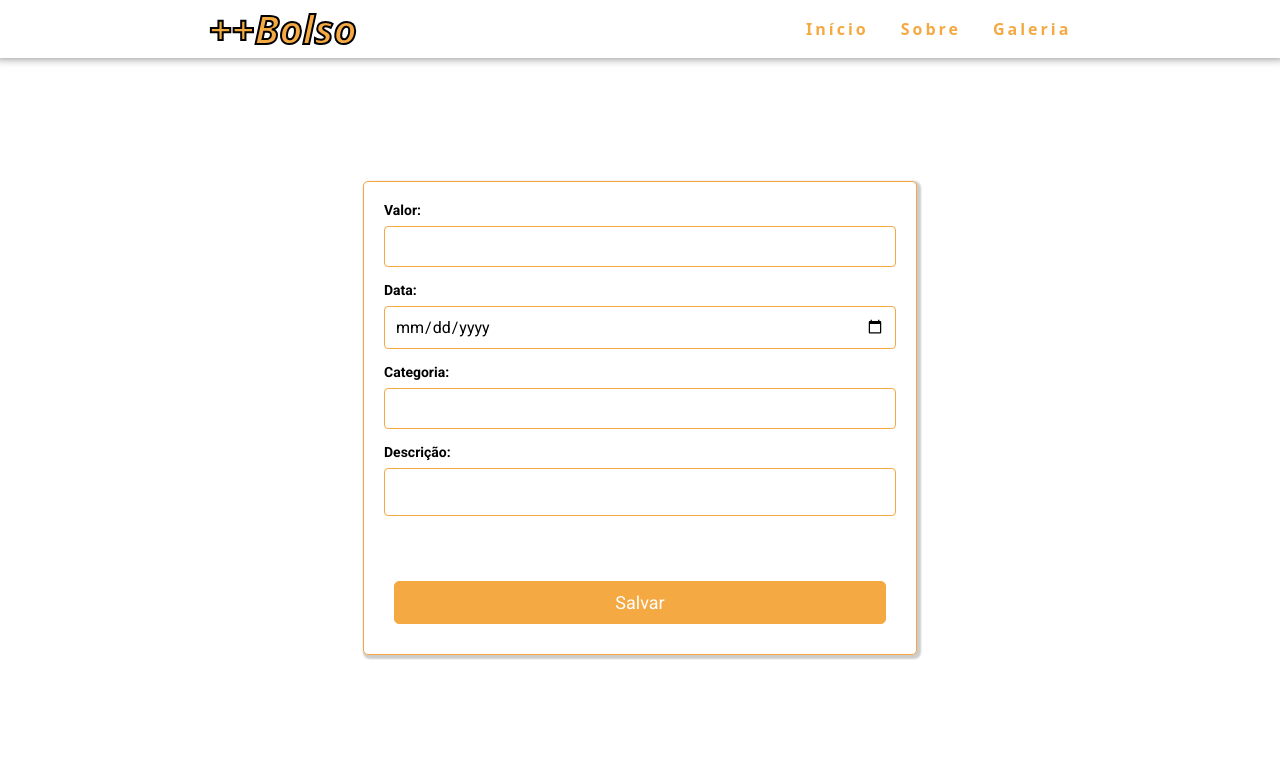
Repository: alexsanderkafka/java-servlets
Page: http://localhost/SaveMoney/cadastrarDespesa.jsp
An editor plug-in stored every save of this project. The page is shown before and after the next save, followed by the edit.
The browser window is 1280 px wide. The pictures show the whole page.
The page is served by Tomcat 9. Nobody is signed in. The application's start-up code is not run.

Above is the page before, as saved 2024-10-03 13:23:21.

After the next save:
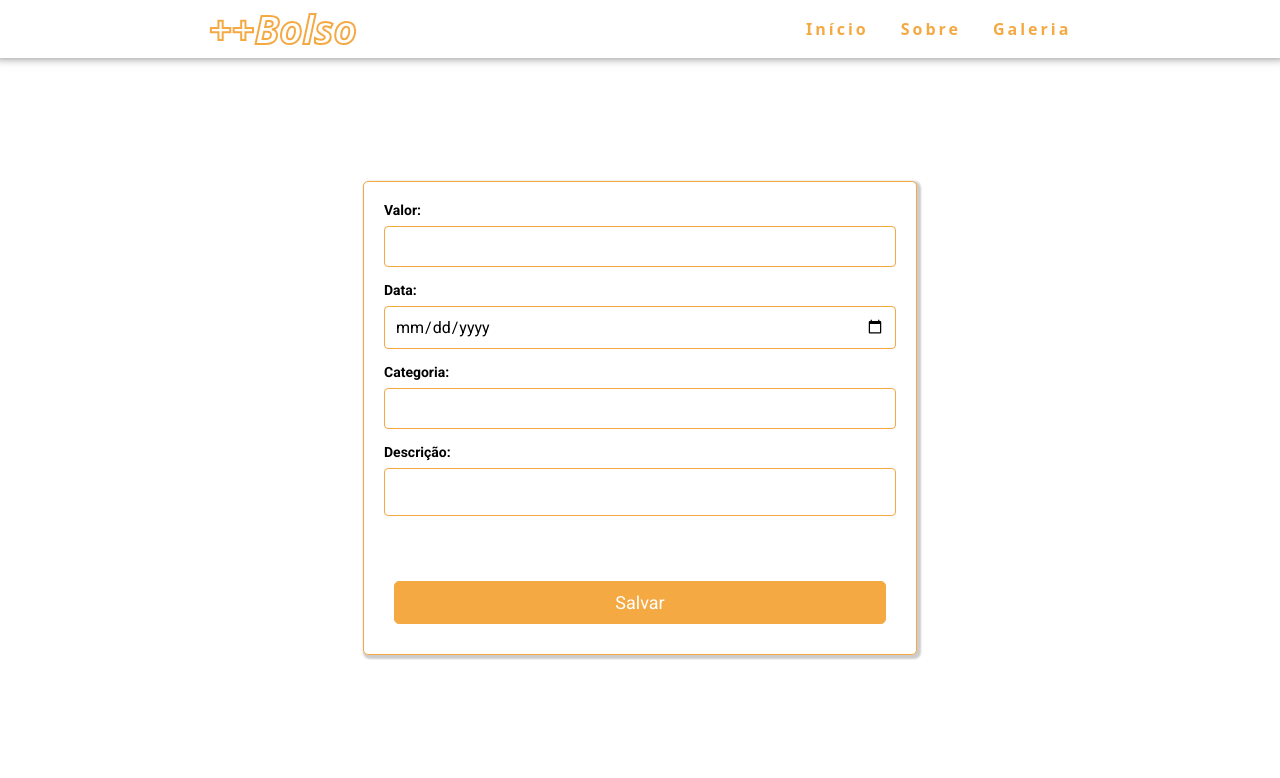
Saved 12 s later.
--- a/SaveMoney/src/main/webapp/styles/style.css
+++ b/SaveMoney/src/main/webapp/styles/style.css
@@ -40,8 +40,8 @@ header{
     font-size: 40px;
     font-style: italic;
     font-weight: bold;
-    color: #F4A942;
-    -webkit-text-stroke: 2px black;
+    color: #FFF;
+    -webkit-text-stroke: 2px #F4A942;
 }
 
 nav{
